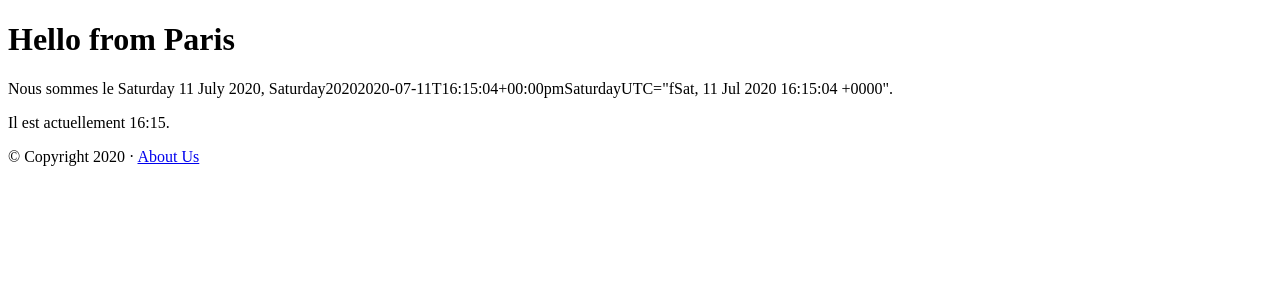
Repository: Elfebleu9/hello_city
Page: templates/pages/home.html.twig
An editor plug-in stored every save of this project. The page is shown before and after the next save, followed by the edit.
The browser window is 1280 px wide. The pictures show the whole page.
The page is a Twig template of a Symfony application; nobody is signed in and links lead nowhere. The template is opened directly, without the code that normally fills it, so the values that code supplies are empty.

Above is the page before, as saved 2020-07-13 20:45:59.

### templates/pages/home.html.twig
{% extends 'base.html.twig' %}
 {% block title 'Hello Paris ! ' %}
 {% block body %}
    <h1>Hello from Paris</h1>
    {# {{ 'now' | localizeddate('full', 'none') }} #}

    <p>Nous sommes le {{'now'|date('l d F Y, locale="fr"')}}.</p>
    <p> Il est actuellement {{ 'now'|date('H:i')}}.</p>
 {% endblock %}

### templates/base.html.twig
<!DOCTYPE html>
<html lang="{{app.request.locale}}">
    <head>
        <meta charset="UTF-8">
        <meta name="viewport" content="width=device-width, initial-scale=1, shrink-to-fit=no">

        <title>{% block title %}Hello Paris{% endblock %}</title>
        {% block stylesheets %}{% endblock %}
    </head>
    <body>
        <main role="main">
            {% block body %}{% endblock %}
        </main>

        <footer>
            <p>
                &copy; Copyright {{'now'|date('Y')}}
                &middot; <a href="{{path('app_about')}}">About Us</a>
            </p>
        </footer>
        {% block javascripts %}{% endblock %}
    </body>
</html>

After the next save:
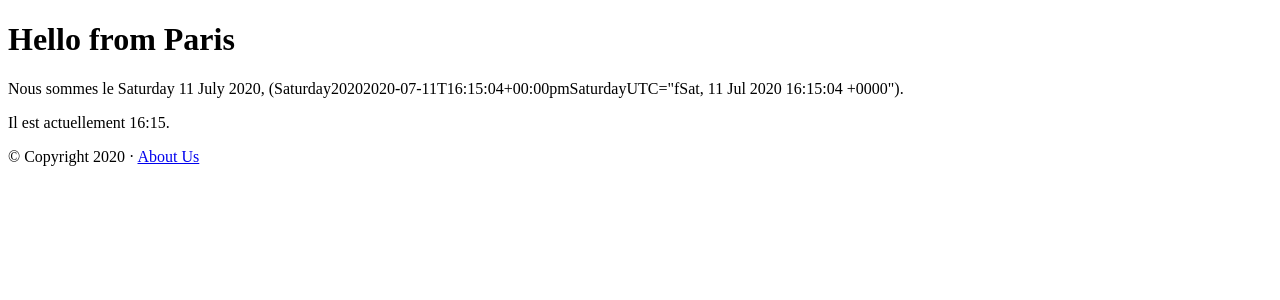
Saved 90 s later.
--- a/templates/pages/home.html.twig
+++ b/templates/pages/home.html.twig
@@ -4,6 +4,6 @@
     <h1>Hello from Paris</h1>
     {# {{ 'now' | localizeddate('full', 'none') }} #}
 
-    <p>Nous sommes le {{'now'|date('l d F Y, locale="fr"')}}.</p>
+    <p>Nous sommes le {{'now'|date('l d F Y, (locale="fr")')}}.</p>
     <p> Il est actuellement {{ 'now'|date('H:i')}}.</p>
  {% endblock %}
